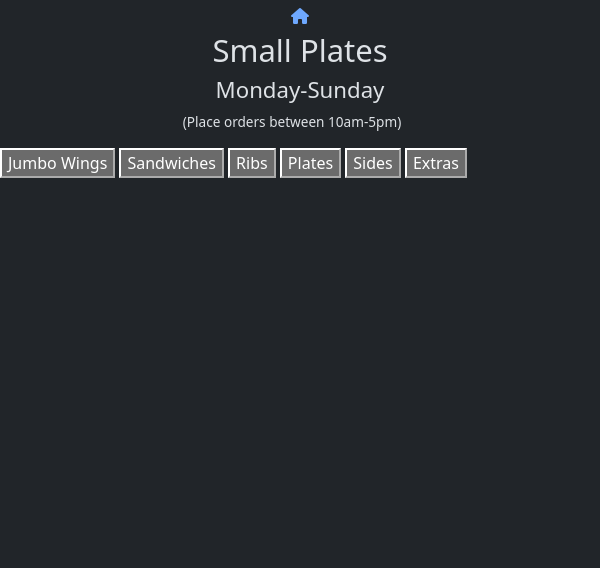
Repository: dukedward/smokehousemenu
Page: plates/index.html
An editor plug-in stored every save of this project. The page is shown before and after the next save, followed by the edit.
The browser window is 600 px wide. The pictures show the whole page.
Some web libraries are served in a nearby version.

Above is the page before, as saved 2023-03-08 23:13:54.

After the next save:
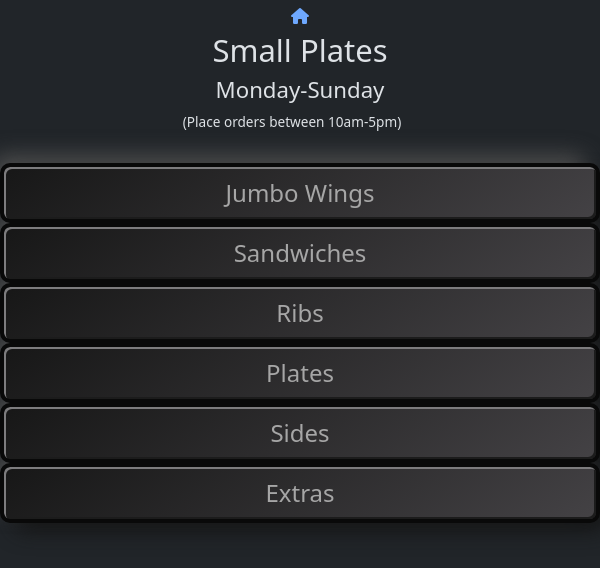
Saved 65 s later.
--- a/style.css
+++ b/style.css
@@ -35,3 +35,119 @@
     padding-right: 1rem;
     font-size: .85rem;
 }
+
+.realistic {
+    display: flex;
+    flex-wrap: wrap;
+    justify-content: space-evenly;
+    align-items: center;
+    height: 100vh;
+    margin: 0;
+}
+
+.title {
+	display: flex;
+	flex-direction: column;
+	justify-content: center;
+	align-items: center;
+}
+
+.food-nav {
+    width: 100%;
+    padding: 0;
+    margin: 40px auto 10px auto;
+    display: flex;
+    flex-flow: row wrap;
+    justify-content: space-evenly;
+    align-items: center;
+}
+
+.btnReal {
+    position: relative;
+    /* width: 7em;
+    height: 7em; */
+    border-radius: 10px;
+    outline: none;
+    border: 4px #090909 solid;
+    background: linear-gradient(
+        145deg, #171717, #444245
+    );
+    box-shadow: inset 2px 2px 0px #7d7c7e,
+    inset -2px -2px 0px #1c1c1c;
+    color: #a6a6a6;
+    padding: .5rem 1rem;
+}
+
+.btnReal span {
+    font-size: 1.5em;
+}
+
+.btnReal::before {
+    content: "";
+    position: absolute;
+    top: 50%;
+    left: 50%;
+    transform: translate(-50%, -50%);
+    border-radius: inherit;
+    background: linear-gradient(
+        145deg, #262626, #606060
+    );
+    /* width: 7.25em;
+    height: 7.25em; */
+    width: 100%;
+    height: 100%;
+    box-shadow: 11px 11px 22px #141414,
+        -11px -11px 22px #525252;
+    z-index: -1;
+}
+
+.button-clicked {
+    background: linear-gradient(
+        -185deg, #131313, #444245
+    );
+    box-shadow: inset -2px -2px 0px #5e5e5e,
+        inset 2px 2px 0px #1c1c1c;
+}
+
+.icon-clicked {
+    color: #fff;
+    text-shadow: 0px 0px 15px #008ece;
+}
+
+.sections {
+	display: grid;
+}
+
+.sect, .sub-sect {
+	display: flex;
+	flex-direction: column;
+	justify-content: left;
+	align-items: center;
+	margin-top: 1rem;
+}
+
+.sect h2,h3 {
+    margin-bottom: 0;
+}
+
+.desc {
+    display: flex;
+    flex-direction: row;
+    justify-content: space-between;
+}
+
+.desc p,.title p {
+    padding-right: 1rem;
+    font-size: .85rem;
+}
+
+@media screen and (max-width: 767px) {
+    .food-nav {
+        flex-direction: column;
+        margin-top: 15px;
+    }
+
+    .btnReal {
+        width: 100%;
+    }
+}
